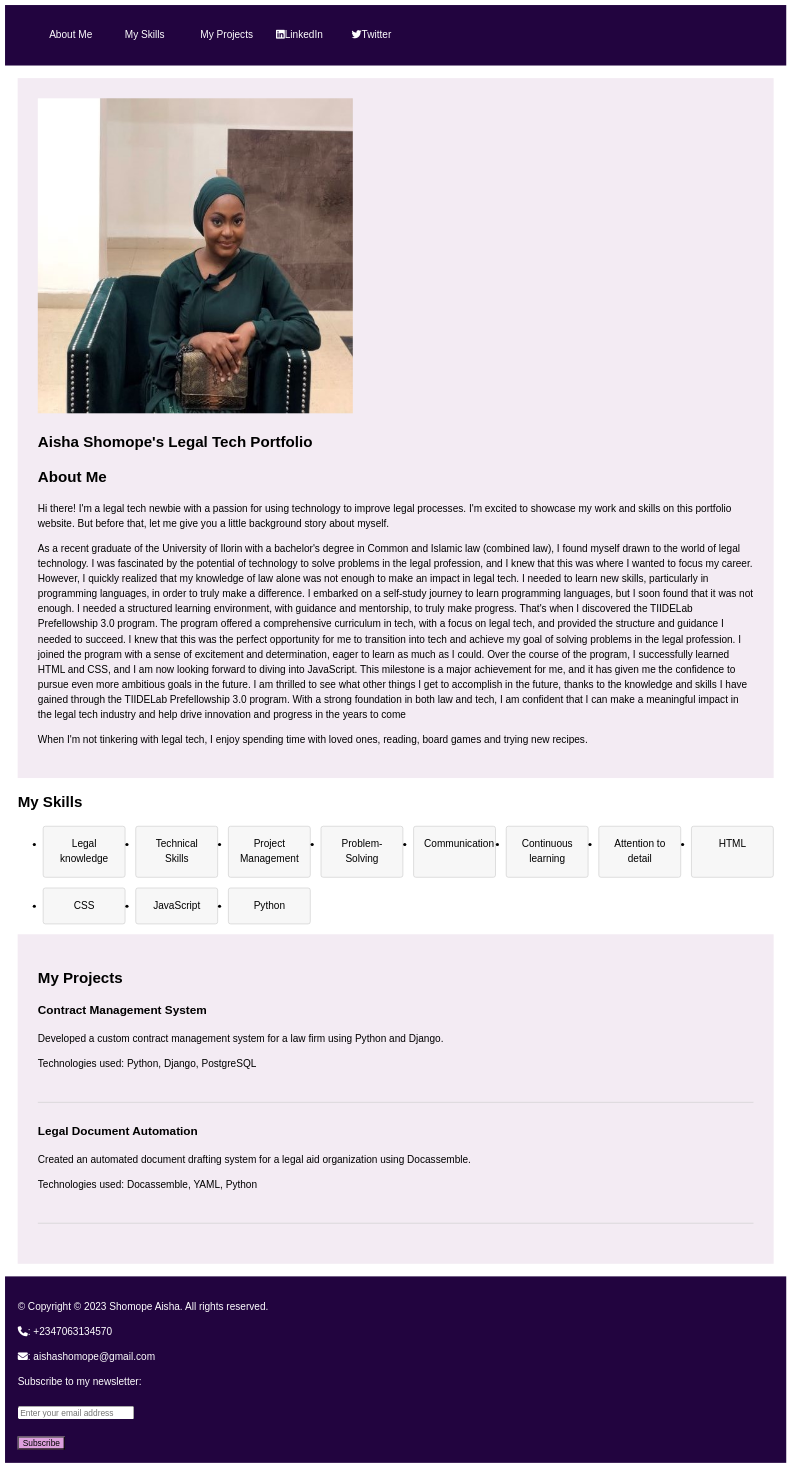
Repository: Iyewande/AishasPortfolio
Page: Index.html
An editor plug-in stored every save of this project. The page is shown before and after the next save, followed by the edit.
The browser window is 1280 px wide. The pictures show the whole page, at 63% of full size.
Some web libraries are served in a nearby version.

Above is the page before, as saved 2023-05-04 20:57:55.

After the next save:
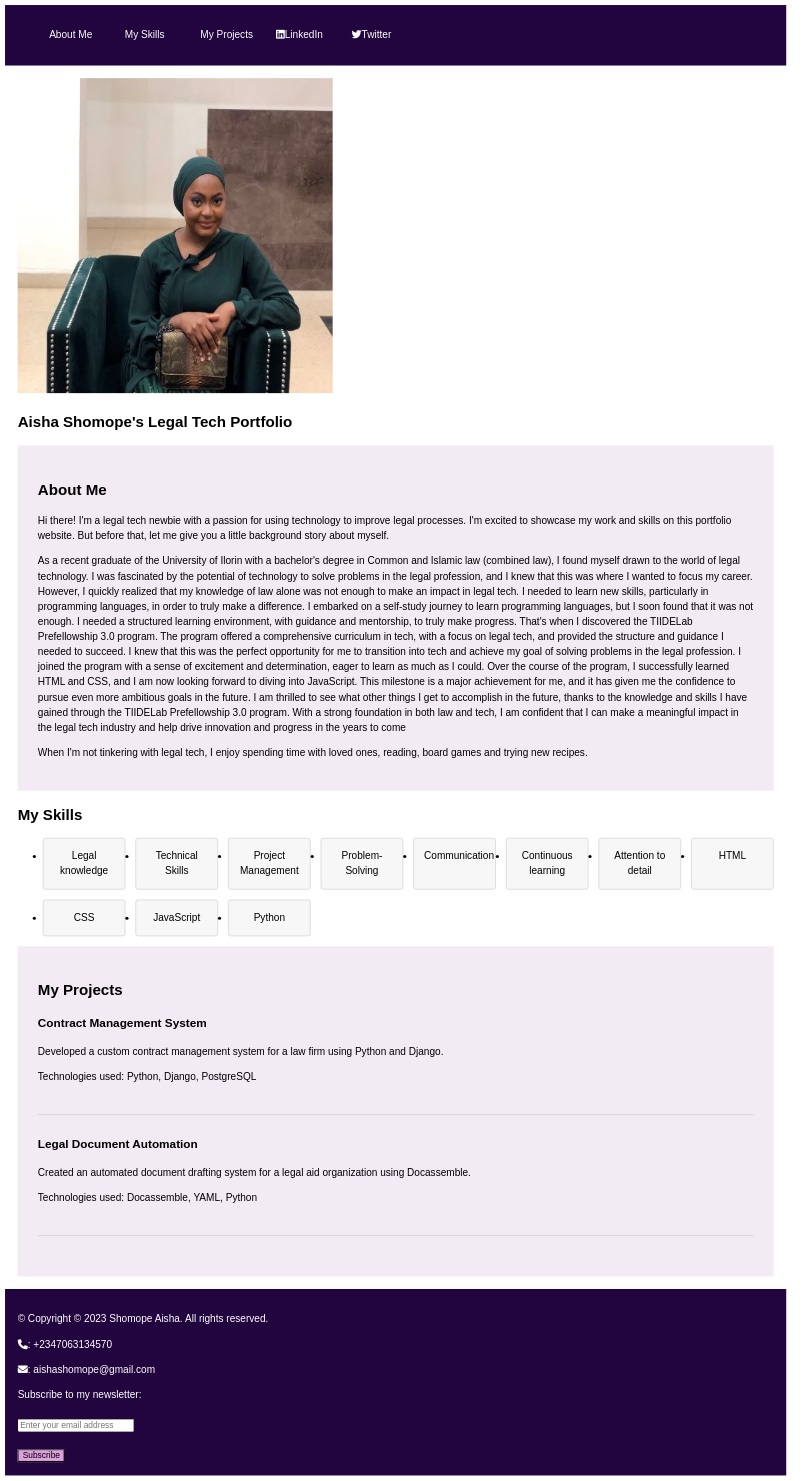
Saved 3 min 15 s later.
--- a/Index.html
+++ b/Index.html
@@ -28,9 +28,11 @@
             </nav>
         </header>
         <main>
-            <section id="about">
+            <section>
                 <img src="E17CF07F-F5B1-4C94-9C3E-8D25C5FEC29B.jpg" alt="A picture of me" height="500" width="500">
                 <h1> Aisha Shomope's Legal Tech Portfolio </h1>
+            </section>
+            <section  id="about">
                 <h2>About Me</h2>
                 <p>Hi there! I'm a legal tech newbie with a passion for using technology to improve legal processes. I'm excited to
                     showcase my work and skills on this portfolio website. But before that, let me give you a little background story about myself.</p>
@@ -41,7 +43,7 @@
                     I joined the program with a sense of excitement and determination, eager to learn as much as I could. Over the course of the program, I successfully learned HTML and CSS, and I am now looking forward to diving into JavaScript. This milestone is a major achievement for me, and it has given me the confidence to pursue even more ambitious goals in the future.
                     I am thrilled to see what other things I get to accomplish in the future, thanks to the knowledge and skills I have gained through the TIIDELab Prefellowship 3.0 program. With a strong foundation in both law and tech, I am confident that I can make a meaningful impact in the legal tech industry and help drive innovation and progress in the years to come</article>
                 <p>When I'm not tinkering with legal tech, I enjoy spending time with loved ones, reading, board games and trying new recipes.</p>
-              </section>
+            </section>
               <section id="skills">
                 <div class="main-container"></div>
                 <h2>My Skills</h2>
